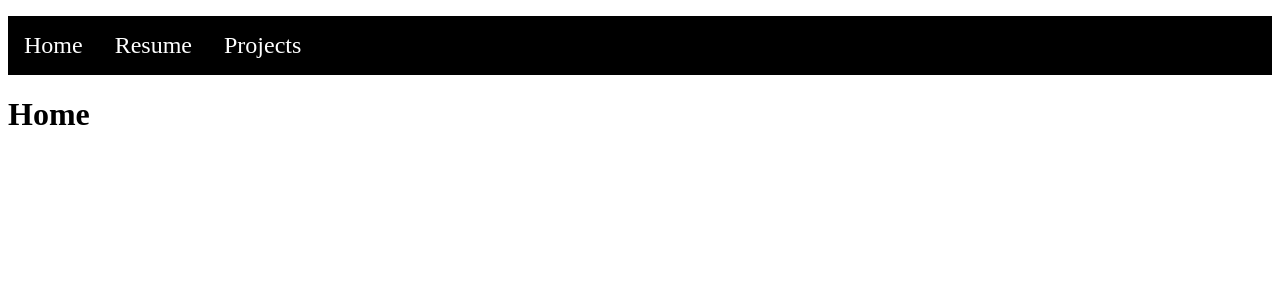
Repository: ChristianCain/ChristianCain.github.io
Page: html/index.html
The author's editor kept a record of every edit. The page is drawn from the files as they stood at one moment, then again after the next edit.
The browser window is 1280 px wide. The pictures show the whole page.

Above is the page before.

After the next edit:
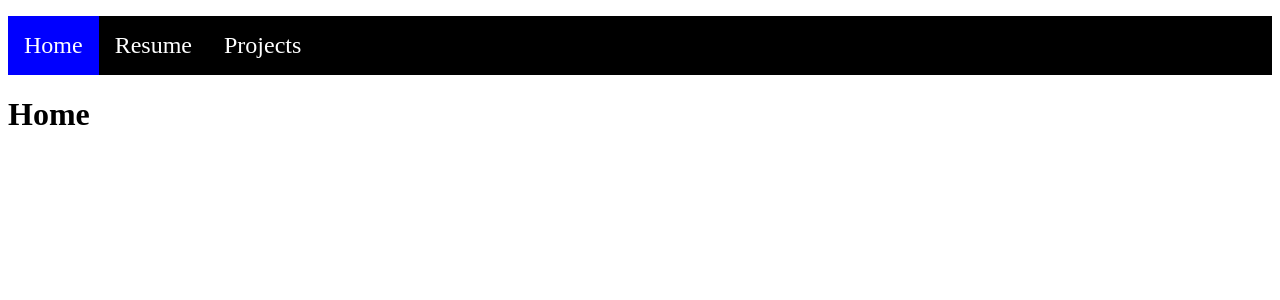
The edit:
--- a/html/index.html
+++ b/html/index.html
@@ -45,7 +45,9 @@
                 display: block;
             }
 
-
+            .active{
+                background-color: blue;
+            }
 
 
         </style>
